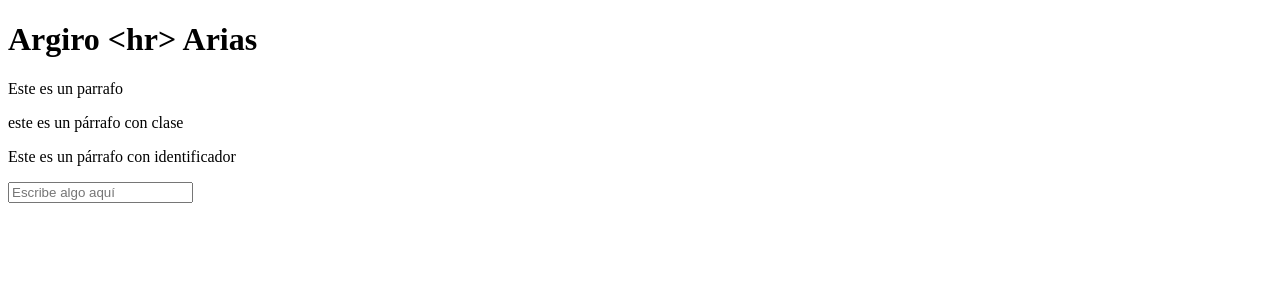
Repository: elto82/NuevoCursoPr-cticodeJavaScript
Page: index.html
These files come from the project's save history. The page is drawn as it stood at one moment and after the next save; the edit follows.
The browser window is 1280 px wide. The pictures show the whole page.

Above is the page before, as saved 2022-09-09 08:36:15.
Console error (its wording comes from the project's code and is left out).

After the next save:
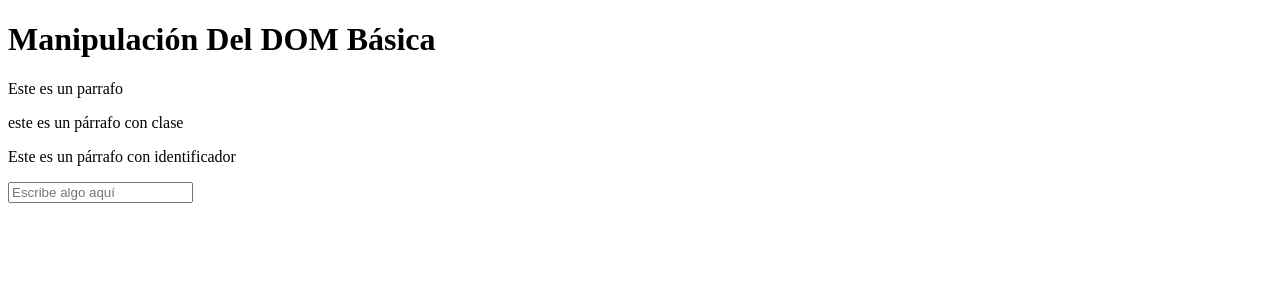
Console error: SyntaxError: Unexpected token ')'
Saved 27 s later.
--- a/main.js
+++ b/main.js
@@ -19,4 +19,5 @@
 
 h1.innerText = 'Argiro <hr> Arias'
 console.log(h1.getAttribute('class'));
-console.log(h1.setAttribute('class, rojo'));
+h1.setAttribute('class, rojo'))
+;

After the save that followed:
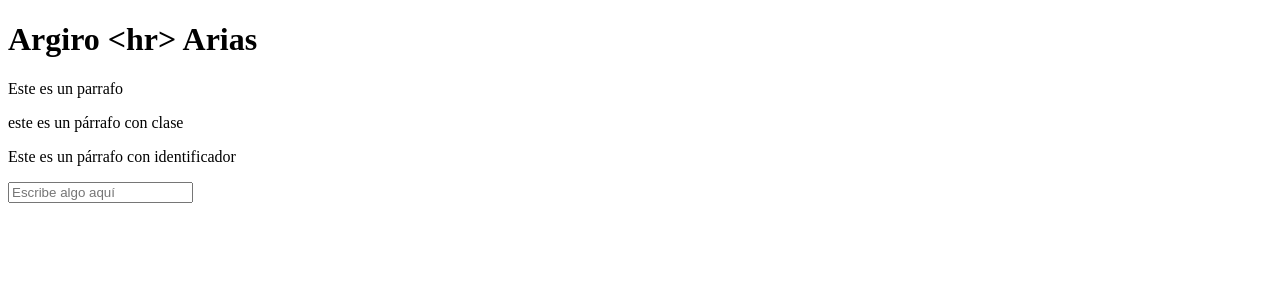
Console error (its wording comes from the project's code and is left out).
Saved 8 s later.
--- a/main.js
+++ b/main.js
@@ -19,5 +19,5 @@
 
 h1.innerText = 'Argiro <hr> Arias'
 console.log(h1.getAttribute('class'));
-h1.setAttribute('class, rojo'))
+h1.setAttribute('class, rojo')
 ;
